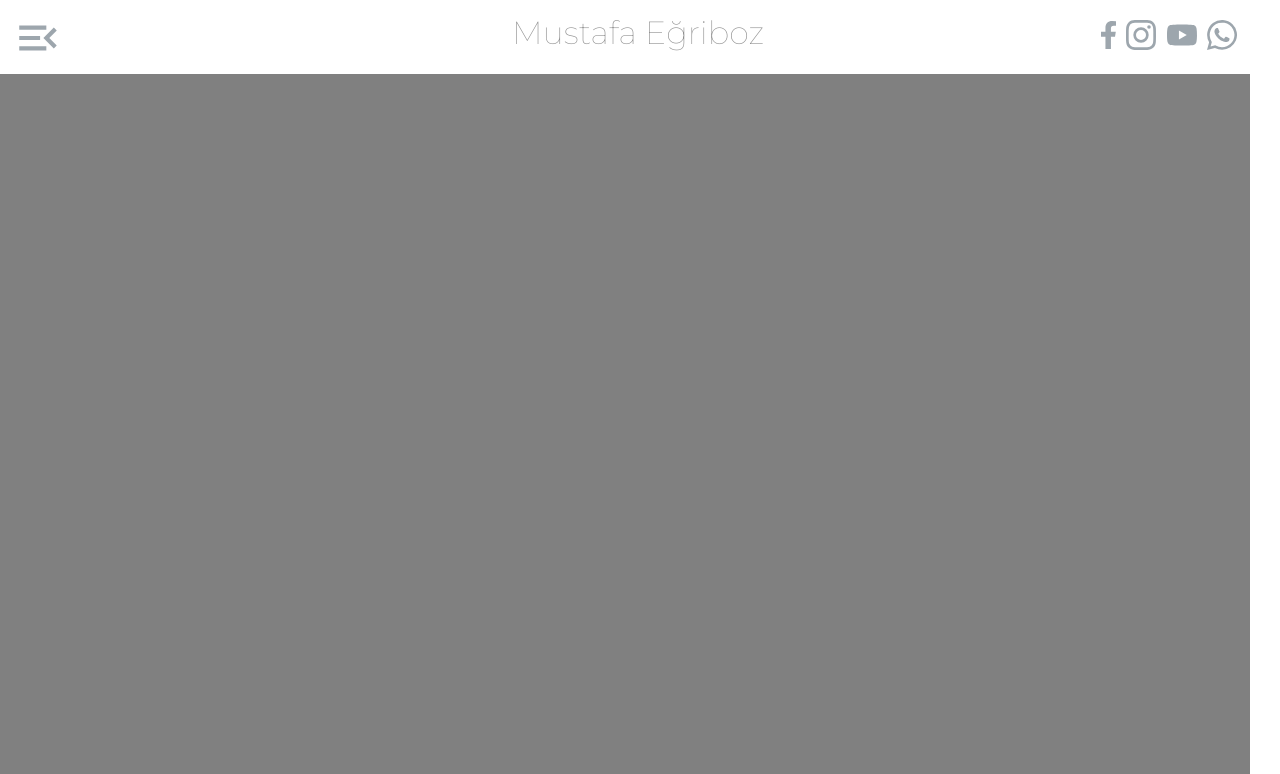
Repository: CengoCengo/m.e-gallery-web-site
Page: index.html
These files come from the project's save history. The page is drawn as it stood at one moment and after the next save; the edit follows.
The browser window is 1280 px wide. The pictures show the whole page.

Above is the page before, as saved 2021-02-06 18:29:28.
Console error: TypeError: Cannot read properties of null (reading 'style')

### index.html
<!DOCTYPE html>
<html lang="en">
  <head>
    <meta charset="UTF-8" />
    <meta name="viewport" content="width=device-width, initial-scale=1.0" />
    <link rel="stylesheet" href="styles/style.css" />
    <link rel="preconnect" href="https://fonts.gstatic.com" />
    <link rel="preconnect" href="https://fonts.gstatic.com">
    <link href="https://fonts.googleapis.com/css2?family=Montserrat:wght@100&display=swap" rel="stylesheet">

    <title>Mustafa Eğriboz</title>
  </head>
  <body>
    <!-- Navigator -->
    <div class="menu-container">
      <img
        id="icon-menu"
        src="images/icon/menu_open-black-18dp.svg"
        alt="icon-menu"

      />
      <h1 class="name">Mustafa Eğriboz</h1>

      <div class="social-media-container icon-social">
        <a class="icon-social" href=""
          ><img alt="Qries" src="images/icon/facebook-f-brands.svg" width=15"
          height="70"></a
        >

        <a class="icon-social" href=""
          ><img alt="Qries" src="images/icon/instagram-brands.svg" width=30"
          height="70"></a
        >

        <a class="icon-social"  href=""
          ><img alt="Qries" src="images/icon/youtube-brands.svg" width=30"
          height="70"></a
        >

        <a class="icon-social" href=""
          ><img alt="Qries" src="images/icon/whatsapp-brands.svg" width=30"
          height="70"></a
        >
      </div>
    </div>

    <!-- Slider -->

    <div class="slider-container">
      <div class="slider"></div>
    </div>

    <script type="text/javascript" src="js/script.js"></script>
  </body>
</html>

### styles/style.css
*{
    margin: 0;
    padding: 0;
    font-family:  'Montserrat', sans-serif;
    font-weight: 900;




}


.menu-container{
    display: inline-block;
    position: relative;
    width: 100%;
    height: auto;

}

#icon-menu{
    display: inline-block;
    width: 50px;
    position: absolute;
    margin-top: 1%;
    margin-left: 1%;





}

h1.name{
    display: inline-block;
    font-weight: 200;
    position: absolute;
    margin-top: 1%;
    left: 40%;
    color:#8e8e8e;


}

.social-media-container{
    display: inline;
    position: relative;
    width: 100%;
    left: 84%;
    padding-left: 1% ;

}

.icon-social{
    margin-left: 0.5%;
}




.slider{
    background-color: grey;
    width: 1250px;
    height: 700px;

}

### js/script.js
var x = document.querySelector("p");
x.style.backgroundColor = "red";

After the next save:
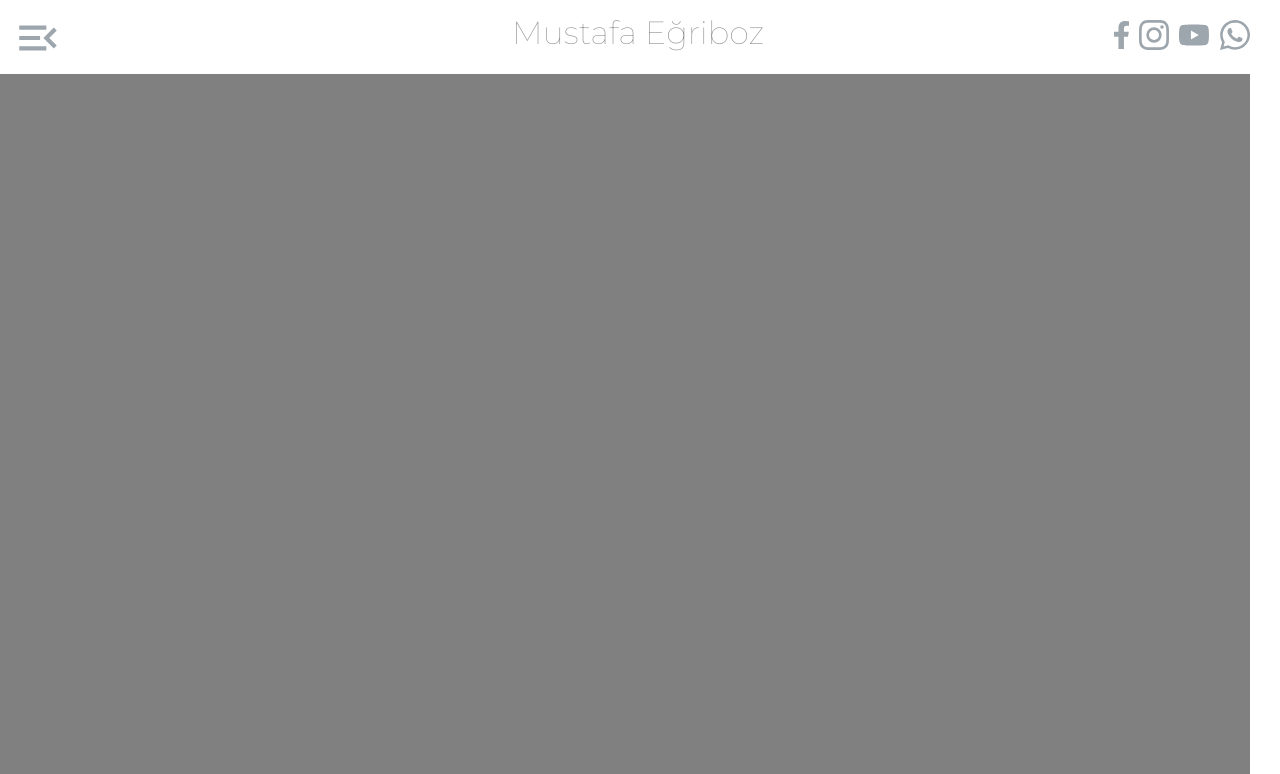
Saved 6 s later.
--- a/styles/style.css
+++ b/styles/style.css
@@ -47,7 +47,7 @@ h1.name{
     position: relative;
     width: 100%;
     left: 84%;
-    padding-left: 1% ;
+    padding-left: 2% ;
 
 }
 
